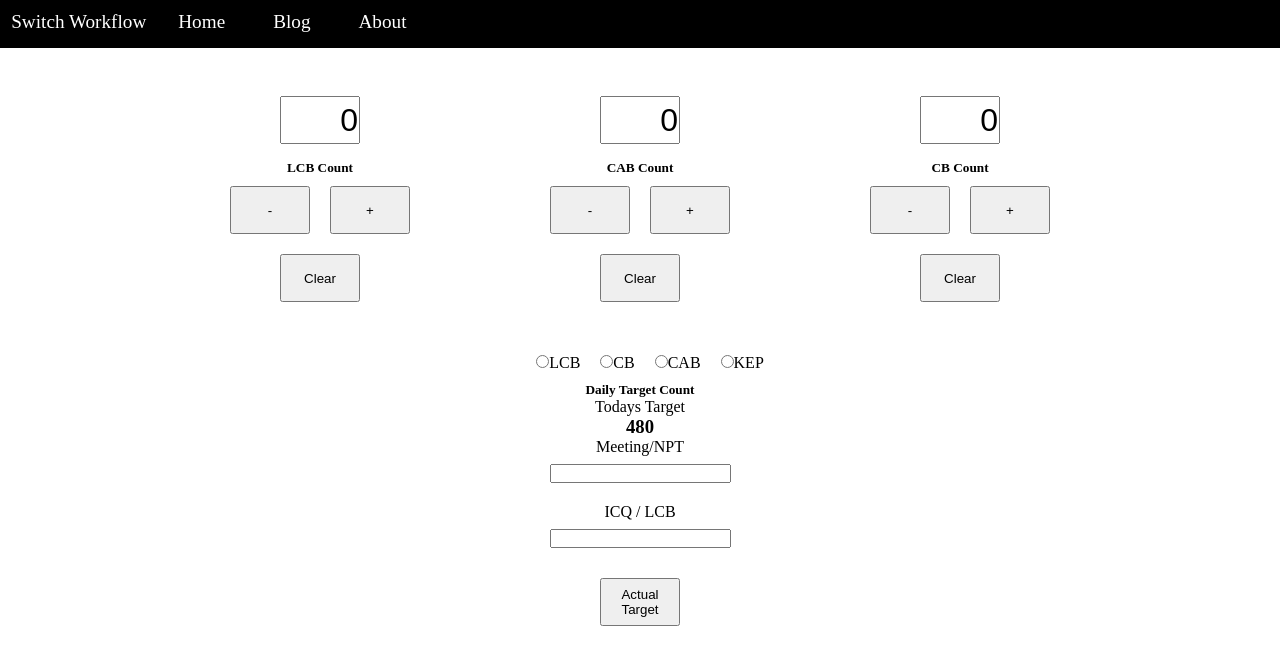
Repository: suraj-yadav7/SwitchWorkflow-Count-reactjs
Page: /
The author's editor kept a copy of each file at every save. The page is drawn from the files as they stood at one save, then again after the next save.
The browser window is 1280 px wide. The pictures show the whole page.
The project was rebuilt for these pictures with package versions that can differ from the ones it lists, and the page was loaded fresh each time.

Above is the page before, as saved 2023-04-19 14:07:20.

After the next save:
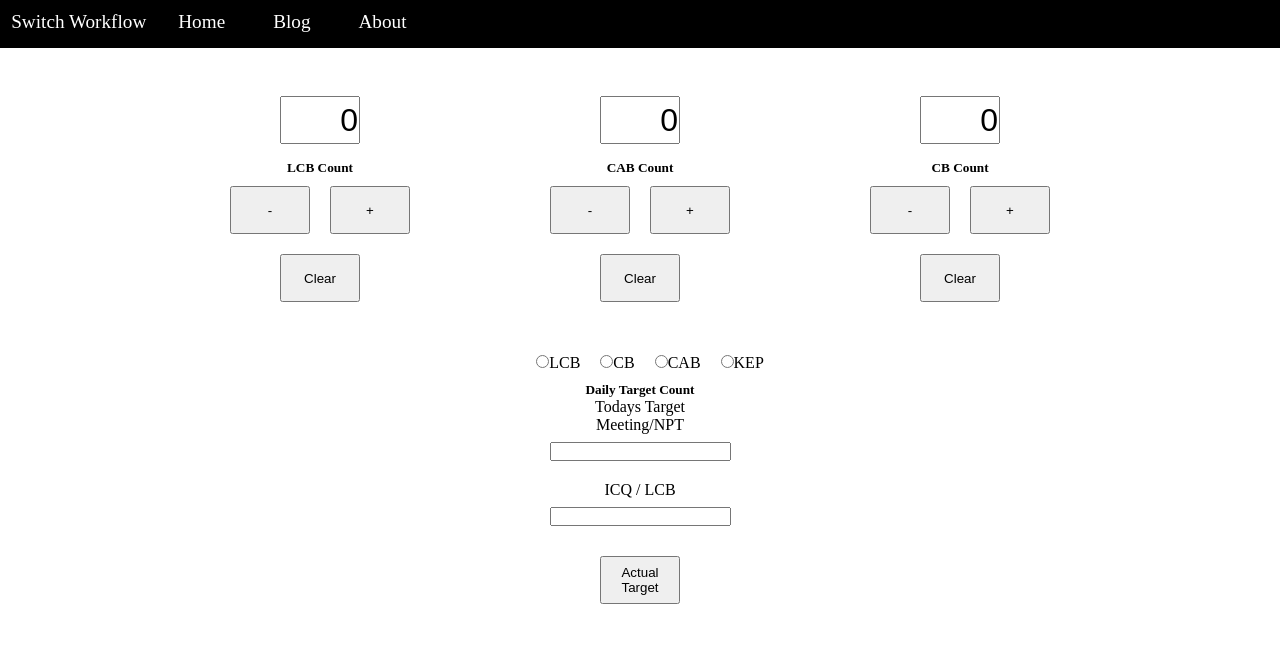
Saved 2 min 55 s later.
--- a/src/Components/DailyTarget.jsx
+++ b/src/Components/DailyTarget.jsx
@@ -45,7 +45,6 @@
 
         useEffect(()=>{
             setTarget({
-            targ:480,
             npt:0,
             icq:0
             })

After the 4 saves that followed:
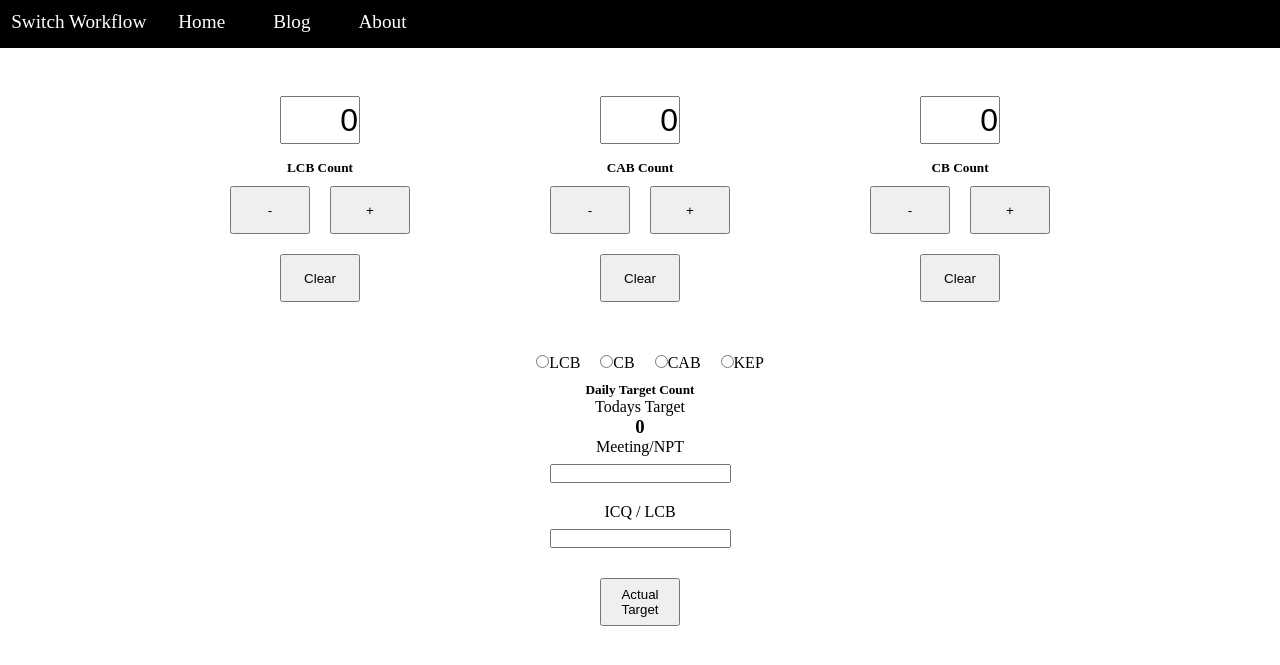
The 4 saves are shown as one change because 3 left the picture as it was.
The last was saved 6 min 55 s later.
--- a/src/Components/DailyTarget.jsx
+++ b/src/Components/DailyTarget.jsx
@@ -2,11 +2,11 @@
 import {useState, useEffect} from "react"
 const DailyTarget = () => {
         const [target, setTarget] = useState({
-            targ:0,
+            targ:480,
             npt:0,
             icq:0
         })
-        const [btnClick, setBtnClick] =useState(false)
+        // const [btnClick, setBtnClick] =useState(false)
 
         const [radioBtn, setradioBtnClick] = useState("")
 
@@ -15,13 +15,13 @@
         const inputVal1 = (e)=>{
             let val = parseInt(e.target.value)
             setTarget((prev)=> ({...prev, npt:val}))
-            setBtnClick(false)
+            // setBtnClick(false)
         }
 
         const inputVal2 = (e)=>{
             let val = parseInt(e.target.value)
             setTarget((prev)=> ({...prev, icq:val}))
-            setBtnClick(false)
+            // setBtnClick(false)
 
         }
 
@@ -31,14 +31,14 @@
                 console.log(output)
                 setTarget((prev)=>({...prev,targ:output}))
                 console.log("the final reulst",target.targ)
-                setBtnClick(true)
+                // setBtnClick(true)
             }
             else if(radioBtn === "CB") {
                 let output = parseInt(480-((target.npt) + (target.icq/3)))
                 console.log(output)
                 setTarget((prev)=>({...prev,targ:output}))
                 console.log("the final reulst",target.targ)
-                setBtnClick(true)
+                // setBtnClick(true)
             }
 
         }
@@ -63,10 +63,10 @@
                         <input type='radio'onChange={e => setradioBtnClick(e.target.value)} name="workFlow" value="KEP"/>KEP
                     </div>
                         <h5 class="card-title">Daily Target Count</h5>
-                        <span>Todays Target</span><h3>{target.targ}</h3>
+                        <span>Todays Target</span><h3>{target.targ===true?target.targ:0}</h3>
                         <span>Meeting/NPT</span><input type='text' name="npt"  onChange={inputVal1}  />
                         <span>ICQ / LCB</span><input type='text' name="icq"  onChange={inputVal2} />
-                        <button disabled={btnClick} onClick={targetHandle}>Actual Target</button>
+                        <button  onClick={targetHandle}>Actual Target</button>
                     </div>
                 </div>
 
